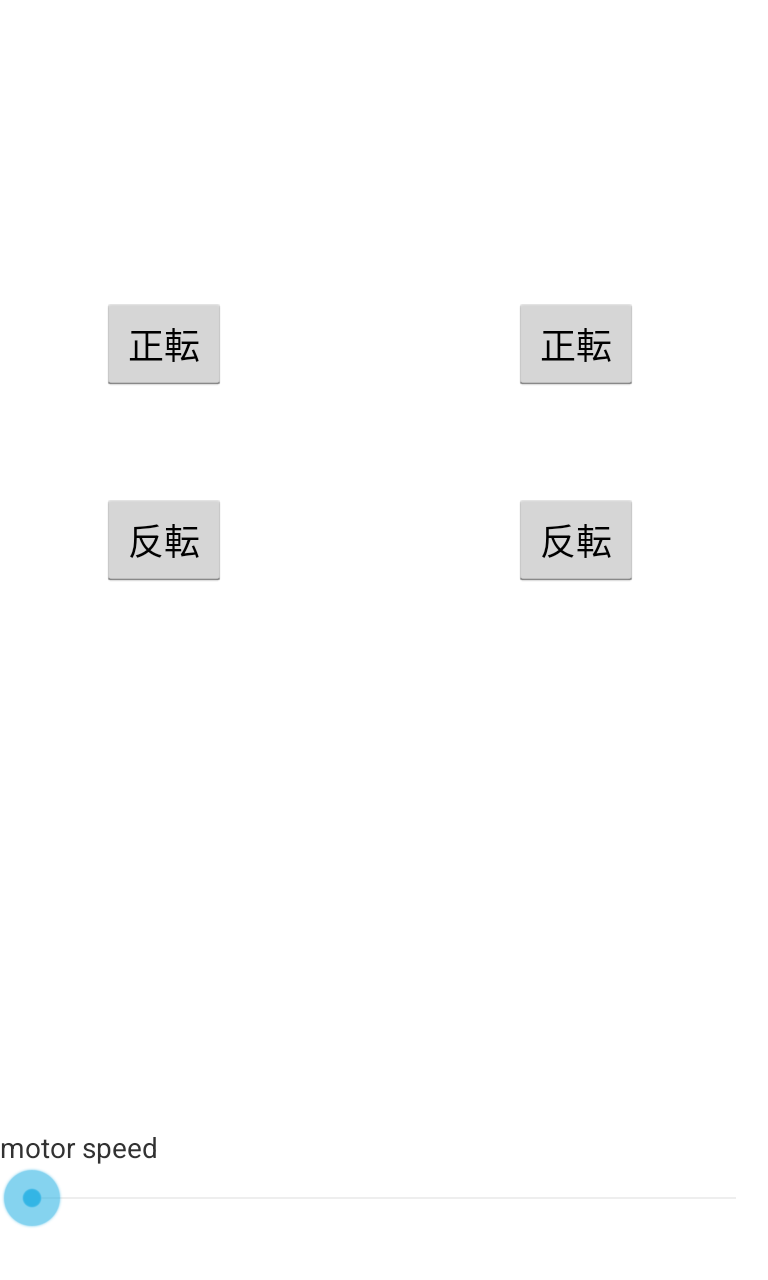
Repository: takugoto/2WD-car
Layout: workspace/2WDcar/res/layout/activity_main.xml
These files come from the project's save history. The layout is drawn as it stood at one moment and after the next save; the edit follows.
It is drawn on a 768 x 1280 px phone screen (xhdpi) without system bars, with theme AppTheme; the app's code is not run.

Above is the layout before, as saved 2012-11-29 07:10:23.

After the next save:
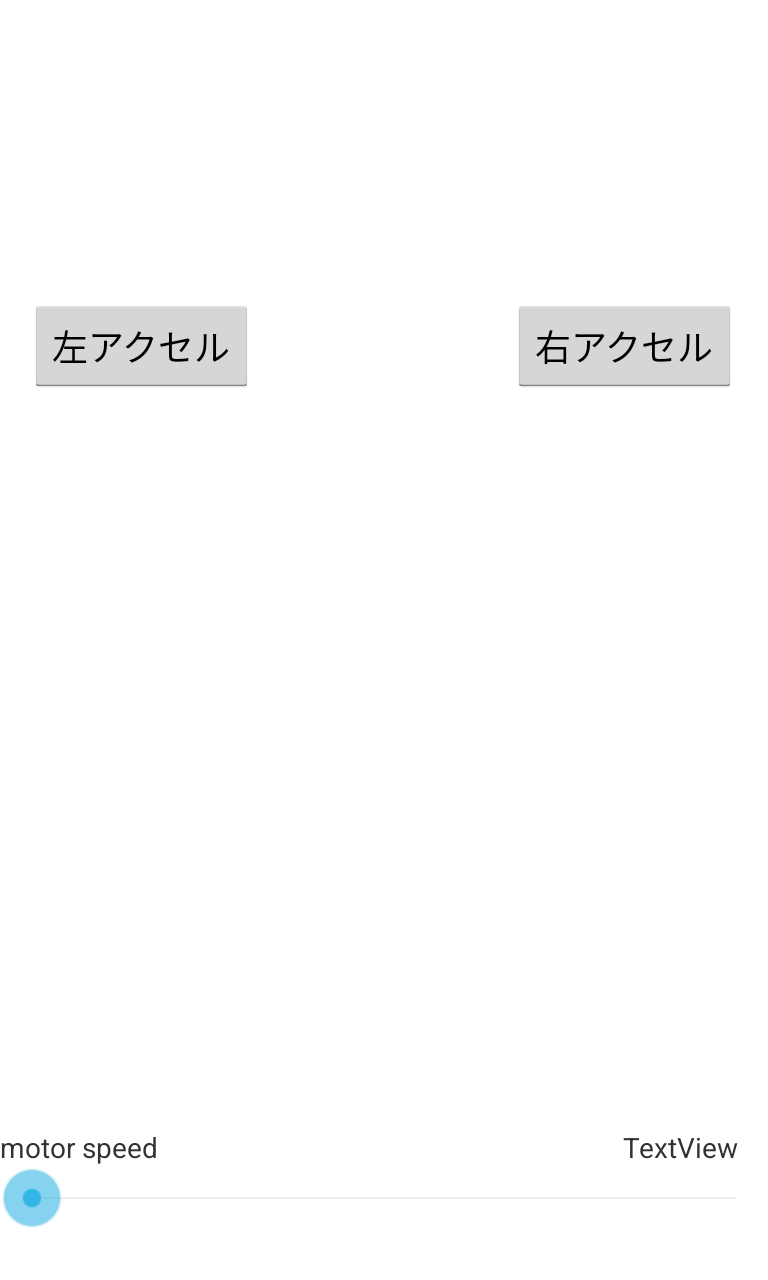
Saved 4 min 25 s later.
--- a/workspace/2WDcar/res/layout/activity_main.xml
+++ b/workspace/2WDcar/res/layout/activity_main.xml
@@ -9,15 +9,9 @@
         android:layout_height="wrap_content"
         android:layout_alignParentBottom="true"
         android:layout_alignParentLeft="true"
-        android:layout_marginBottom="25dp" />
-
-    <TextView
-        android:id="@+id/textView1"
-        android:layout_width="wrap_content"
-        android:layout_height="wrap_content"
-        android:layout_above="@+id/seekBar1"
-        android:layout_alignParentLeft="true"
-        android:text="motor speed" />
+        android:layout_marginBottom="25dp"
+        android:max="100"
+        android:progress="0" />
 
     <Button
         android:id="@+id/button1"
@@ -25,35 +19,35 @@
         android:layout_height="wrap_content"
         android:layout_alignParentLeft="true"
         android:layout_alignParentTop="true"
-        android:layout_marginLeft="50dp"
-        android:layout_marginTop="148dp"
-        android:text="正転" />
-
-    <Button
-        android:id="@+id/button2"
-        android:layout_width="wrap_content"
-        android:layout_height="wrap_content"
-        android:layout_alignLeft="@+id/button1"
-        android:layout_below="@+id/button1"
-        android:layout_marginTop="50dp"
-        android:text="反転" />
+        android:layout_marginLeft="14dp"
+        android:layout_marginTop="149dp"
+        android:text="左アクセル" />
 
     <Button
         android:id="@+id/button3"
         android:layout_width="wrap_content"
         android:layout_height="wrap_content"
-        android:layout_above="@+id/button2"
+        android:layout_alignBaseline="@+id/button1"
+        android:layout_alignBottom="@+id/button1"
         android:layout_alignParentRight="true"
-        android:layout_marginRight="64dp"
-        android:text="正転" />
+        android:layout_marginRight="15dp"
+        android:text="右アクセル" />
 
-    <Button
-        android:id="@+id/button4"
+    <TextView
+        android:id="@+id/textView2"
         android:layout_width="wrap_content"
         android:layout_height="wrap_content"
-        android:layout_alignBaseline="@+id/button2"
-        android:layout_alignBottom="@+id/button2"
-        android:layout_alignLeft="@+id/button3"
-        android:text="反転" />
+        android:layout_above="@+id/seekBar1"
+        android:layout_alignRight="@+id/button3"
+        android:text="TextView" />
+
+    <TextView
+        android:id="@+id/textView1"
+        android:layout_width="wrap_content"
+        android:layout_height="wrap_content"
+        android:layout_alignBaseline="@+id/textView2"
+        android:layout_alignBottom="@+id/textView2"
+        android:layout_alignParentLeft="true"
+        android:text="motor speed" />
 
 </RelativeLayout>
